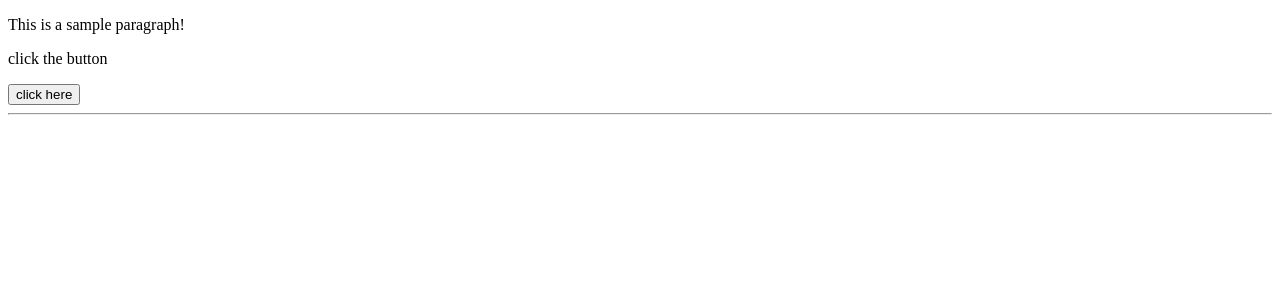
Repository: DhananjayaLakshan/Uom-Web_Design_For_Beginners
Page: Work02/index.html
An editor plug-in stored every save of this project. The page is shown before and after the next save, followed by the edit.
The browser window is 1280 px wide. The pictures show the whole page.

Above is the page before, as saved 2023-11-30 19:32:46.

After the next save:
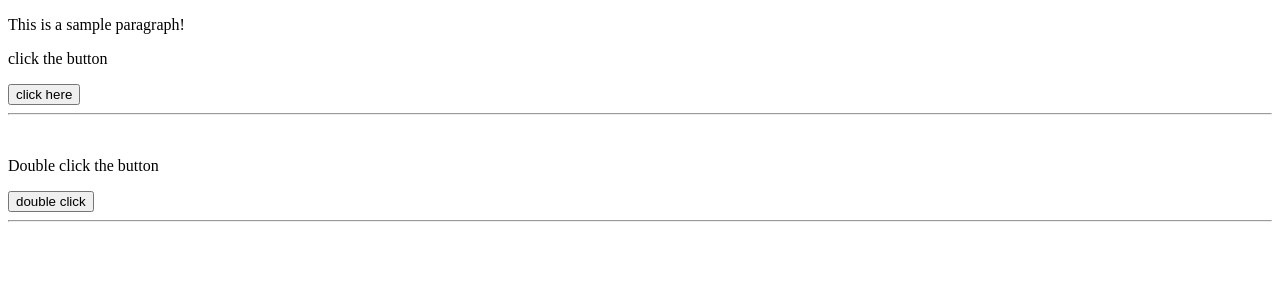
Saved 85 s later.
--- a/Work02/index.html
+++ b/Work02/index.html
@@ -31,6 +31,9 @@
     <button id="btn1">click here</button>
     <br><hr><br>
 
+    <p>Double click  the button</p>
+    <button id="btn2">double click</button>
+    <br><hr><br>
 
 
 
